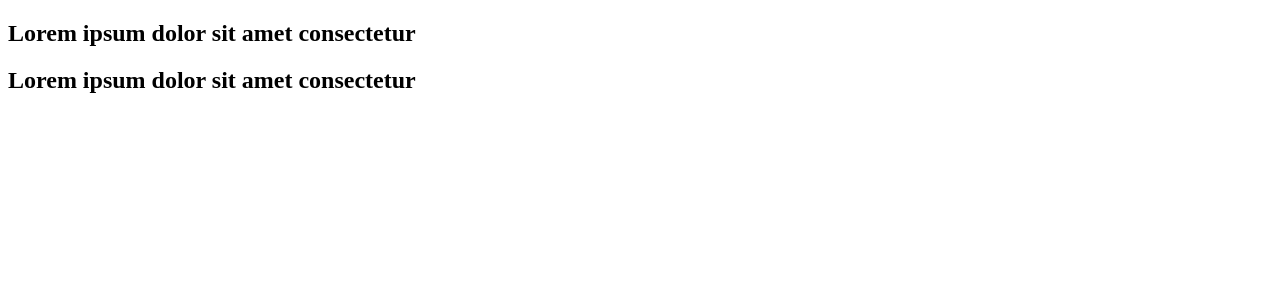
Repository: Ajeyinka/Split-card
Page: index.html
The author's editor kept a copy of each file at every save. The page is drawn from the files as they stood at one save, then again after the next save.
The browser window is 1280 px wide. The pictures show the whole page.

Above is the page before, as saved 2026-02-12 20:41:35.

### index.html
<!DOCTYPE html>
<html lang="en">
  <head>
    <meta charset="UTF-8" />
    <meta name="viewport" content="width=device-width, initial-scale=1.0" />
    <title>Document</title>
    <link rel="stylesheet" href="styles.css" />
    <script src="script.js" defer></script>
  </head>
  <body>
    <section class="intro">
      <h1>Lorem ipsum dolor sit amet consectetur</h1>
    </section>
    <section class="sticky"></section>
    <section class="outro">
      <h1>Lorem ipsum dolor sit amet consectetur</h1>
    </section>
  </body>
</html>

Loaded but not shown: styles.css (no stored copy; drawn as an empty file); script.js (no stored copy; drawn as an empty file)

After the next save:
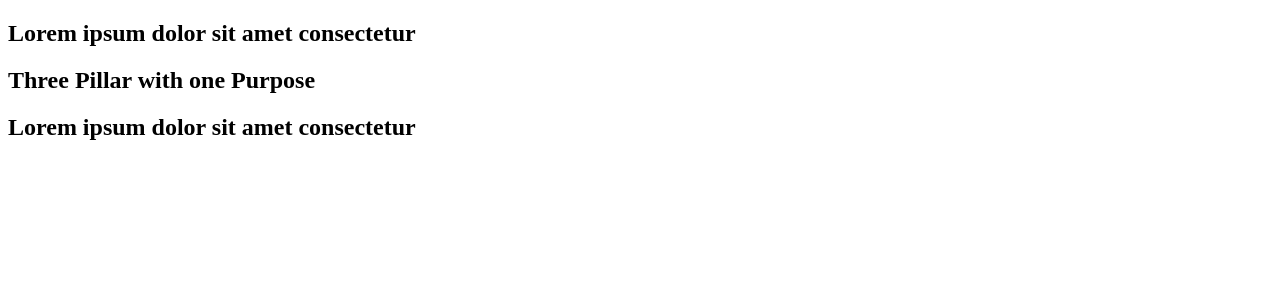
Saved 49 s later.
--- a/index.html
+++ b/index.html
@@ -11,7 +11,9 @@
     <section class="intro">
       <h1>Lorem ipsum dolor sit amet consectetur</h1>
     </section>
-    <section class="sticky"></section>
+    <section class="sticky">
+      <div class="Sticky-header"><h1>Three Pillar with one Purpose</h1></div>
+    </section>
     <section class="outro">
       <h1>Lorem ipsum dolor sit amet consectetur</h1>
     </section>
